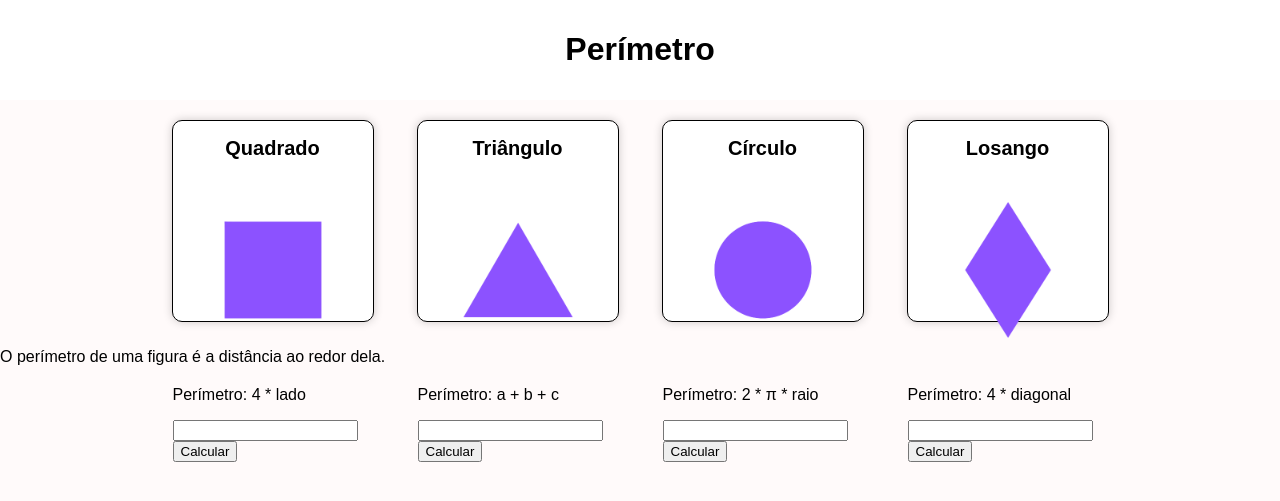
Repository: Matheus904-12/JAVASCRIPT
Page: index.html
The author's editor kept a copy of each file at every save. The page is drawn from the files as they stood at one save, then again after the next save.
The browser window is 1280 px wide. The pictures show the whole page.

Above is the page before, as saved 2023-09-10 22:05:03.

After the next save:
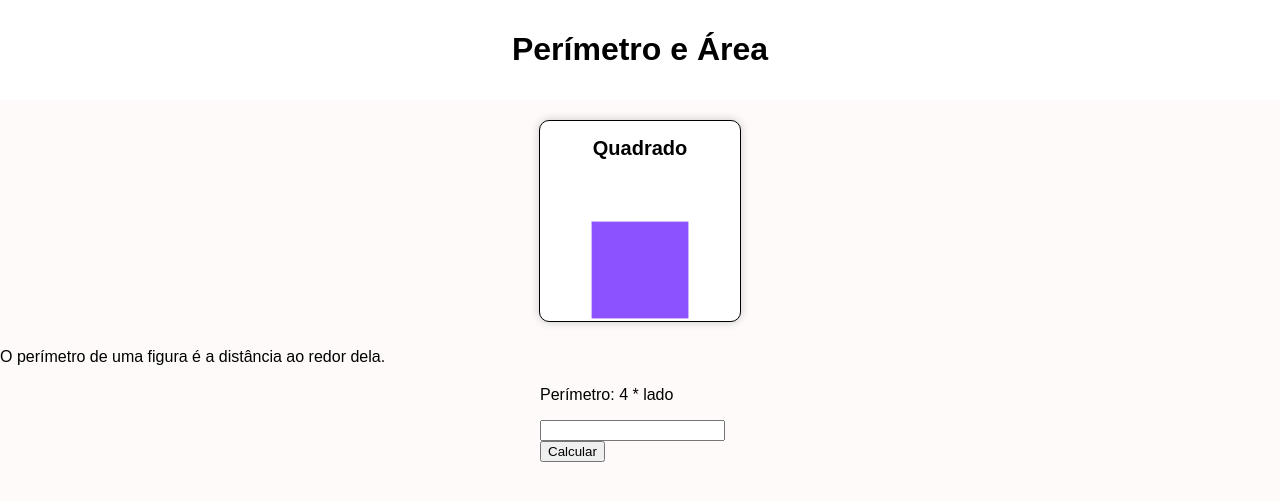
Saved 111 s later.
--- a/index.html
+++ b/index.html
@@ -1,14 +1,14 @@
 <!DOCTYPE html>
 <html>
 <head>
-  <title>Perímetro</title>
+  <title>Perímetro e Área</title>
   <meta charset="utf-8">
   <meta name="viewport" content="width=device-width, initial-scale=1">
   <link rel="stylesheet" href="style.css">
 </head>
 <body>
   <header>
-    <center><h1>Perímetro</h1></center>
+    <center><h1>Perímetro e Área</h1></center>
   </header>
   <main>
     <div class="catalog">
@@ -17,60 +17,44 @@
         <img class="image" src="Quadrado-removebg-preview.png" alt="Imagem 3">
         <p>Perímetro: 4 * lado</p>
         <input type="text" id="squareSideLength">
-        <input type="button" value="Calcular" onclick="calculatePerimeter('square')">
-        <p id="squarePerimeter"></p>
+        <input type="button" value="Calcular" onclick="calcQuad()">
+        <p id="valorQuad"></p>
       </div>
-      <div class="box">
-        <h2 class="title">Triângulo</h2>
-        <img class="image" src="Triângulo-removebg-preview.png" alt="Imagem 3">
-        <p>Perímetro: a + b + c</p>
-        <input type="text" id="triangleSideLength">
-        <input type="button" value="Calcular" onclick="calculatePerimeter('triangle')">
-        <p id="trianglePerimeter"></p>
-      </div>
-      <div class="box">
-        <h2 class="title">Círculo</h2>
-        <img class="image" src="Círculo-removebg-preview.png" alt="Imagem 3">
-        <p>Perímetro: 2 * π * raio</p>
-        <input type="text" id="circleRadius">
-        <input type="button" value="Calcular" onclick="calculatePerimeter('circle')">
-        <p id="circlePerimeter"></p>
-      </div>
-      <div class="box">
-        <h2 class="title">Losango</h2>
-        <img class="image" src="Losango-removebg-preview.png" alt="Imagem 3">
-        <p>Perímetro: 4 * diagonal</p>
-        <input type="text" id="rhombusDiagonal">
-        <input type="button" value="Calcular" onclick="calculatePerimeter('rhombus')">
-        <p id="rhombusPerimeter"></p>
-      </div>
+      <!-- Outras formas geométricas aqui -->
     </div>
   </main>
   <footer>
     <p>O perímetro de uma figura é a distância ao redor dela.</p>
   </footer>
   <script>
-    // Esta função é chamada quando o usuário clica em um botão "Calcular".
-    function calculatePerimeter(shape) {
-      // Obter o valor do campo de entrada correspondente.
-      var inputId = shape + "SideLength";
-      var inputValue = parseFloat(document.getElementById(inputId).value);
+    function calcQuad() {
+      var a = Number(document.getElementById("squareSideLength").value);
+      var result = "A área do quadrado é " + a * a + " m²";
+      document.getElementById("valorQuad").innerHTML = result;
+    }
 
-      // Calcular o perímetro com base na forma selecionada.
-      var perimeter;
-      if (shape === 'square') {
-        perimeter = 4 * inputValue;
-      } else if (shape === 'triangle') {
-        // Defina a lógica de cálculo para o triângulo aqui.
-      } else if (shape === 'circle') {
-        // Defina a lógica de cálculo para o círculo aqui.
-      } else if (shape === 'rhombus') {
-        // Defina a lógica de cálculo para o losango aqui.
-      }
+    // Outras funções de cálculo aqui
 
-      // Exibir o perímetro no campo de saída correspondente.
-      var outputId = shape + "Perimeter";
-      document.getElementById(outputId).innerHTML = "Perímetro: " + perimeter;
+    var boxes = document.querySelectorAll(".box");
+
+    for (var i = 0; i < boxes.length; i++) {
+      boxes[i].addEventListener("click", function () {
+        var box = document.createElement("div");
+        box.className = "question-box";
+
+        var question1 = document.createElement("input");
+        question1.type = "text";
+        question1.placeholder = "Pergunta 1";
+
+        var question2 = document.createElement("input");
+        question2.type = "text";
+        question2.placeholder = "Pergunta 2";
+
+        box.appendChild(question1);
+        box.appendChild(question2);
+
+        document.body.appendChild(box);
+      });
     }
   </script>
 </body>
